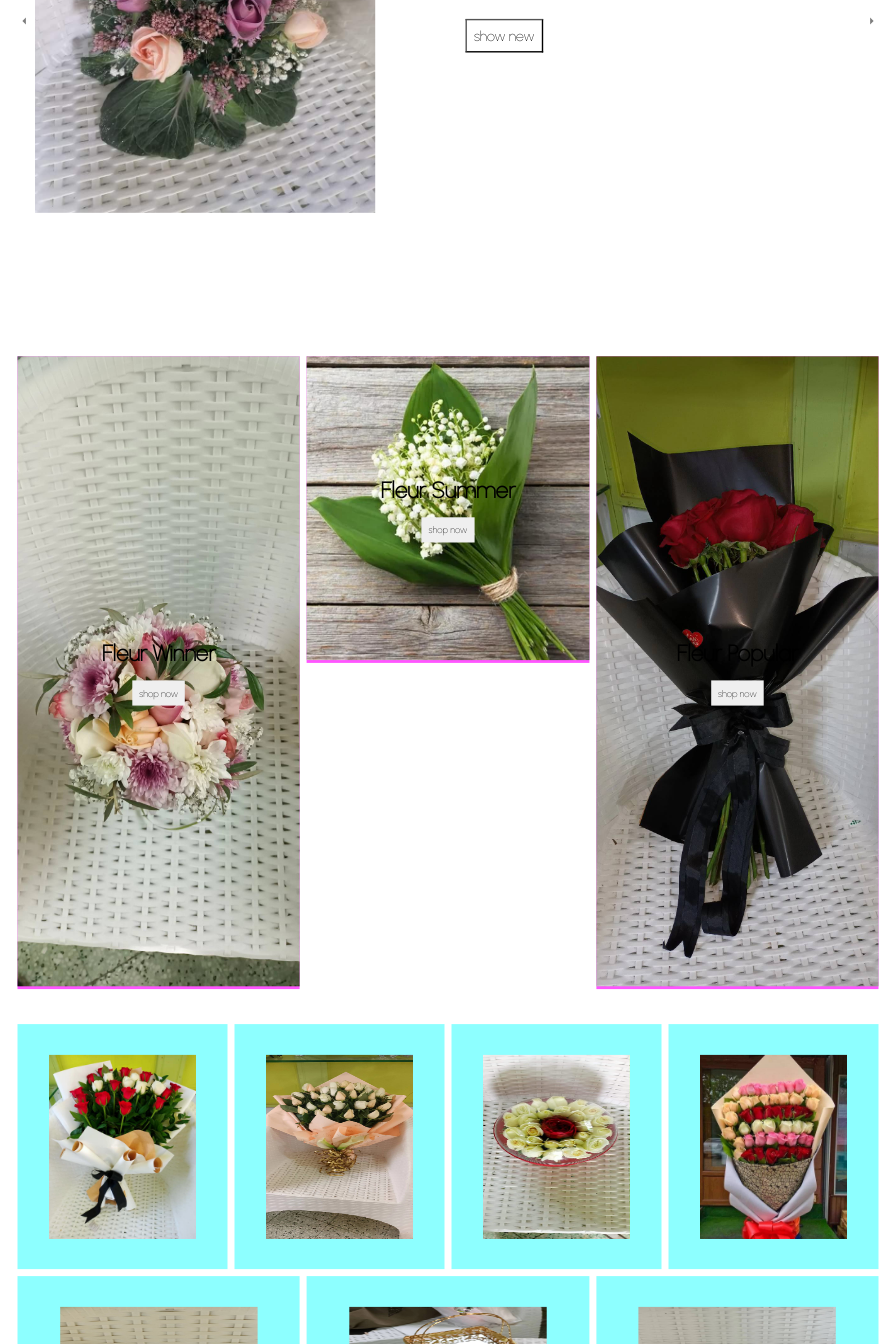
Repository: jarraymassaoud/react-web
Page: /
An editor plug-in stored every save of this project. The page is shown before and after the next save, followed by the edit.
The browser window is 1280 px wide. The pictures show the part of the page from y = 470 to 2390 px (the page is 3279 px tall), at 70% of full size.
The project was rebuilt for these pictures with package versions that can differ from the ones it lists, and the page was loaded fresh each time. Also part of the build but not shown: src/pages/Cart.jsx, src/pages/Login.jsx, src/pages/Bunch.jsx.

Above is the page before, as saved 2022-05-31 08:16:34.

### public/index.html
<!DOCTYPE html>
<html lang="en">
  <head>
    <meta charset="utf-8" />
    <link rel="icon" href="%PUBLIC_URL%/favicon.ico" />
    <meta name="viewport" content="width=device-width, initial-scale=1" />
    <meta name="theme-color" content="#000000" />
    <meta
      name="description"
      content="Web site created using create-react-app"
    />
    <link rel="preconnect" href="https://fonts.googleapis.com" />
    <link rel="preconnect" href="https://fonts.gstatic.com" crossorigin />
    <link
      href="https://fonts.googleapis.com/css2?family=Urbanist:wght@100&display=swap"
      rel="stylesheet"
    />
    <style>
      * {
        margin: 0;
        font-family: "Urbanist", sans-serif;
      }
    </style>
    <!--
      manifest.json provides metadata used when your web app is installed on a
      user's mobile device or desktop. See https://developers.google.com/web/fundamentals/web-app-manifest/
    -->
    <!--
      Notice the use of %PUBLIC_URL% in the tags above.
      It will be replaced with the URL of the `public` folder during the build.
      Only files inside the `public` folder can be referenced from the HTML.

      Unlike "/favicon.ico" or "favicon.ico", "%PUBLIC_URL%/favicon.ico" will
      work correctly both with client-side routing and a non-root public URL.
      Learn how to configure a non-root public URL by running `npm run build`.
    -->
    <title>React App</title>
  </head>
  <body>
    <noscript>You need to enable JavaScript to run this app.</noscript>
    <div id="root"></div>
    <!--
      This HTML file is a template.
      If you open it directly in the browser, you will see an empty page.

      You can add webfonts, meta tags, or analytics to this file.
      The build step will place the bundled scripts into the <body> tag.

      To begin the development, run `npm start` or `yarn start`.
      To create a production bundle, use `npm run build` or `yarn build`.
    -->
  </body>
</html>

### src/App.jsx
import React from "react";
import Cart from "./pages/Cart";
import Login from "./pages/Login";
import Home from "./pages/Home";
import Bunch from "./pages/Bunch";

const App = () => {
  return <Home />;
};

export default App;

### src/pages/Home.jsx
import React from "react";
import Annonce from "../components/Annonce";
import Navbar from "../components/Navbar";
import Slider from "../components/Slider";
import Categories from "../components/Categories";
import Products from "../components/Products";
import Newsletter from "../components/Newsletter";
import Footer from "../components/Footer";

const Home = () => {
  return (
    <div>
      <Annonce />
      <Navbar />
      <Slider />
      <Categories />
      <Products />
      <Newsletter />
      <Footer />
    </div>
  );
};

export default Home;

### src/components/Annonce.jsx
import styled from "styled-components";

const Container = styled.div`
  height: 30px;
  background-color: teal;
  color: white;
  display: flex;
  align-items: center;
  justify-content: center;
  font-size: 14px;
  font-weight: 500;
  margin: 10px;
`;

const Annonce = () => {
  return (
    <div>
      <Container>nouvelle promotion</Container>
    </div>
  );
};

export default Annonce;

### src/components/Footer.jsx
import {
  Facebook,
  GitHub,
  LinkedIn,
  MailOutline,
  Phone,
  Room,
} from "@material-ui/icons";
import React from "react";
import styled from "styled-components";
const Container = styled.div`
  display: flex;
  border: 0.5px solid lightgray;
  border-radius: 10px;
  background-color: gainsboro;
`;
const Left = styled.div`
  flex: 1;
  display: flex;
  padding: 20px;
  flex-direction: column;
  margin-left: 100px;
`;
const Logo = styled.h1``;
const Desc = styled.p`
  margin: 20px 0px;
`;
const SocialContainer = styled.div`
  display: flex;
`;
const SocialIcon = styled.div`
  width: 40px;
  height: 40px;
  border-radius: 50%;
  color: white;
  background-color: #${(props) => props.color};
  display: flex;
  align-items: center;
  justify-content: center;
  margin-right: 10px;
`;

const Center = styled.div`
  flex: 1;
  padding: 20px;
  align-items: center;
  justify-content: center;
`;
const Title = styled.h3`
  margin-bottom: 30px;
`;
const List = styled.ul`
  margin: 0px;
  padding: 0px;
  list-style: none;
  flex-wrap: wrap;
`;
const ListItem = styled.li`
  width: 50%;
`;
const Right = styled.div`
  flex: 1;
  padding: 20px;
  justify-content: center;
  align-items: center;
  margin-left: 100px;
`;
const ContactItem = styled.div``;

const Footer = () => {
  return (
    <Container>
      <Left>
        <Logo> MS</Logo>
        <Desc>My web site</Desc>
        <SocialContainer>
          <SocialIcon color="0080ff">
            <Facebook />
          </SocialIcon>
          <SocialIcon color="0059b3">
            <LinkedIn />
          </SocialIcon>
          <SocialIcon color="000000">
            <GitHub />
          </SocialIcon>
        </SocialContainer>
      </Left>
      <Center>
        <Title> Links</Title>
        <List>
          <ListItem>Home</ListItem>
          <ListItem>Cart</ListItem>
          <ListItem>Accesoires</ListItem>
          <ListItem>MyAccount</ListItem>
        </List>
      </Center>
      <Right>
        <Title> Contact</Title>
        <ContactItem>
          <Room />
          Tunisia
        </ContactItem>
        <ContactItem>
          <Phone />
          26092674
        </ContactItem>
        <ContactItem>
          <MailOutline /> jarraymassoud@gmail.com
        </ContactItem>
      </Right>
    </Container>
  );
};

export default Footer;

### src/components/Navbar.jsx
import { Search, ShoppingCartOutlined } from "@material-ui/icons";
import { Badge } from "@material-ui/core";
import React from "react";
import styled from "styled-components";

const Container = styled.div`
  height: 40px;
`;

const Wrapper = styled.div`
  padding: 4px 20px;
  display: flex;
  justify-content: space-between;
`;

const Left = styled.div`
  flex: 1;
  display: flex;
  align-items: center;
`;

const Language = styled.span`
  font-size: 14px;
  cursor: pointer;
`;
const SearchContainer = styled.div`
  border: 0.5px solid lightgray;
  display: flex;
  align-items: center;
  margin-left: 20px;
  padding: 5px;
`;
const Input = styled.input`
  border: none;
`;
const Center = styled.div`
  flex: 1;
  text-align: center;
`;
const Logo = styled.h1`
  font-weight: bold;
  display: flex;
  justify-content: center;
`;
const Right = styled.div`
  flex: 1;
  display: flex;
  align-items: center;
  justify-content: flex-end;
`;
const MenuItem = styled.div`
  font-size: 14px;
  cursor: pointer;
  margin-left: 20px;
`;
const Navbar = () => {
  return (
    <Container>
      <Wrapper>
        <Left>
          <Language>EN</Language>
          <SearchContainer>
            <Input />
            <Search style={{ color: "red", fontSize: 16 }} />
          </SearchContainer>
        </Left>
        <Center>
          <Logo>My boutique MS</Logo>
        </Center>
        <Right>
          <MenuItem>Register</MenuItem>
          <MenuItem> Sign In</MenuItem>
          <MenuItem>
            <Badge badgeContent={100} color="primary" max={99}>
              <ShoppingCartOutlined />
            </Badge>
          </MenuItem>
        </Right>
      </Wrapper>
    </Container>
  );
};

export default Navbar;

### src/components/Slider.jsx
import React from "react";

import { ArrowLeftOutlined, ArrowRightOutlined } from "@material-ui/icons";
import styled from "styled-components";
import { sliderItems } from "../data";
import { useState } from "react";

const Container = styled.div`
  width: 100%;
  height: 120vh;
  display: flex;
  position: relative;
  overflow: hidden;
`;

const Arrow = styled.div`
  width: 50px;
  height: 50px;
  border-radius: 50%;
  display: flex;
  align-items: center;
  justify-content: center;
  position: absolute;
  top: 0%;
  left: ${(props) => props.direction === "left" && "10px"};
  right: ${(props) => props.direction === "right" && "10px"};
  bottom: 5%;
  margin: auto;
  cursor: pointer;
  opacity: 0.5;
  z-index: 2;
`;
const Wrapper = styled.div`
  height: 90%;
  display: flex;
  transition: all 1.5s ease;
  transform: translateX(${(props) => props.slideIndex * -100}vw);
`;
const Slide = styled.div`
  width: 100vw;
  height: 100vh;
  display: flex;
  align-items: center;
  background-color: #${(props) => props.bg};
`;
const ImgContainer = styled.div`
  padding-left: 50px;
  height: 90%;
  flex: 1;
`;
const InfoContainer = styled.div`
  flex: 1;
`;
const Image = styled.img`
  height: 100%;
`;
const Title = styled.h1`
  font-family: sans-serif;
  font-size: 50px;
`;
const Desc = styled.p`
  margin: 30px 0px;
  font-size: 20px;
  font-weight: 500;
  letter-spacing: 2px;
`;
const Button = styled.button`
  padding: 10px;
  font-size: 20px;
  background-color: transparent;
  cursor: pointer;
`;

const Slider = () => {
  const [slideIndex, setSlideIndex] = useState(0);
  const handleClick = (direction) => {
    if (direction === "left") {
      setSlideIndex(slideIndex > 0 ? slideIndex - 1 : 2);
    } else {
      setSlideIndex(slideIndex < 2 ? slideIndex + 1 : 0);
    }
  };

  return (
    <Container>
      <Arrow direction="left" onClick={() => handleClick("left")}>
        <ArrowLeftOutlined />
      </Arrow>
      <Wrapper slideIndex={slideIndex}>
        {sliderItems.map((item) => (
          <Slide>
            <ImgContainer>
              <Image src={item.img} />
            </ImgContainer>
            <InfoContainer>
              <Title>{item.title}</Title>
              <Desc>{item.desc}</Desc>
              <Button>show new</Button>
            </InfoContainer>
          </Slide>
        ))}
      </Wrapper>

      <Arrow direction="right" onClick={() => handleClick("right")}>
        <ArrowRightOutlined />
      </Arrow>
    </Container>
  );
};

export default Slider;

### src/components/Categories.jsx
import styled from "styled-components";
import React from "react";
import { categories } from "../data";
import CategoryItem from "./CategoryItem";

const Container = styled.div`
  flex: 1;
  display: flex;
  padding: 20px;
`;
const Categories = () => {
  return (
    <Container>
      {categories.map((item) => (
        <CategoryItem item={item} />
      ))}
    </Container>
  );
};

export default Categories;

### src/components/Products.jsx
import styled from "styled-components";
import { products } from "../data";
import Product from "./Product";

const Container = styled.div`
  display: flex;
  padding: 20px;
  flex-wrap: wrap;
  justify-content: space-between;
`;
const Products = () => {
  return (
    <Container>
      {products.map((item) => (
        <Product item={item} key={item.id} />
      ))}
    </Container>
  );
};

export default Products;

### src/components/Newsletter.jsx
import { Send } from "@material-ui/icons";
import styled from "styled-components";

const Container = styled.div`
  height: 60vh;
  background-color: white;
  display: flex;
  align-items: center;
  justify-content: center;
  flex-direction: column;
`;
const Title = styled.h1`
  font-size: 70px;
`;
const Desc = styled.div`
  font-size: 30px;
  font-weight: 300;
`;
const InputContainer = styled.div`
  width: 50%;
  height: 40px;
  display: flex;
  justify-content: space-between;
  border: 1px solid lavender;
`;
const Input = styled.input`
  border: none;
  flex: 8;
`;
const Button = styled.button`
  flex: 1;
  border: none;
  background-color: #5ff;
`;

const Newsletter = () => {
  return (
    <Container>
      <Title> Newsletter</Title>
      <Desc> your web site</Desc>
      <InputContainer>
        <Input placeholder="your email" />
        <Button>
          <Send />
        </Button>
      </InputContainer>
    </Container>
  );
};

export default Newsletter;

### src/data.js
export const sliderItems = [
  {
    id: 1,
    img: "images/img1.jpg",
    title: "Fleur Winner",
    desc: "Bouquet de fleur rouge",
    bg: "fcf1ed",
  },

  {
    id: 2,
    img: "images/img25.jpg",
    title: "Fleur Summer",
    desc: "Bouquet de fleur rouge",
    bg: "f5fafd",
  },
  {
    id: 3,
    img: "images/img20.jpg",
    title: "Fleur Popular",
    desc: "Bouquet de fleur popular",
    bg: "fbf0f4",
  },
];

export const categories = [
  {
    id: 1,
    img: "images/img4.jpg",
    title: "Fleur Winner",
  },
  {
    id: 2,
    img: "images/img5.jpg",
    title: "Fleur Summer",
  },
  {
    id: 3,
    img: "images/img6.jpg",
    title: "Fleur Popular",
  },
];
export const products = [
  {
    id: 1,
    img: "images/img7.jpg",
  },
  {
    id: 2,
    img: "images/img8.jpg",
  },
  {
    id: 3,
    img: "images/img10.jpg",
  },
  {
    id: 4,
    img: "images/img11.jpg",
  },
  {
    id: 5,
    img: "images/img13.jpg",
  },

  {
    id: 6,
    img: "images/img14.jpg",
  },
  {
    id: 6,
    img: "images/img26.jpg",
  },
];

### src/components/CategoryItem.jsx
import React from "react";
import styled from "styled-components";

const Container = styled.div`
  flex: 1;
  margin: 5px;
  height: 30%;
  background-color: #f5f;

  position: relative;
`;
const Image = styled.img`
  width: 100%;
  height: 65%;
  object-fit: cover;
`;
const Info = styled.div`
  position: absolute;
  top: 0%;
  left: 0%;
  width: 100%;
  height: 100%;
  align-items: center;
  display: flex;
  flex-direction: column;
  justify-content: center;
`;
const Title = styled.h1`
  margin-bottom: 20px;
`;
const Button = styled.button`
  border: none;
  padding: 10px;
  cursor: pointer;
  align-items: center;
  font-weight: 600%;
`;
const CategoryItem = ({ item }) => {
  return (
    <Container>
      <Image src={item.img} />
      <Info>
        <Title>{item.title}</Title>
        <Button> shop now</Button>
      </Info>
    </Container>
  );
};

export default CategoryItem;

### src/components/Product.jsx
import {
  FavoriteBorderOutlined,
  SearchOutlined,
  ShoppingCartOutlined,
} from "@material-ui/icons";
import styled from "styled-components";

const Info = styled.div`
  opacity: 0;
  width: 100%;
  height: 100%;
  top: 0%;
  left: 0%;
  position: absolute;
  background-color: rgba(0, 0, 0, 0.2);
  align-items: center;
  justify-content: center;
  display: flex;
  z-index: 3;
  transform: all 0.5s ease;
  cursor: pointer;
`;
const Container = styled.div`
  flex: 1;
  margin: 5px;
  min-width: 280px;
  height: 350px;
  display: flex;
  align-items: center;
  justify-content: center;
  background-color: #5ffa;
  position: relative;

  &:hover ${Info} {
    opacity: 1;
  }
`;
const Image = styled.img`
  height: 75%;
  z-index: 2;
  width: 70%;
`;
/*const Circle = styled.div`
  width: 200px;
  height: 200px;
  border-radius: 70%;
  background-color: white;
  position: absolute;
`;*/
const Icon = styled.div`
  width: 40px;
  height: 40px;
  border-radius: 50%;
  background-color: white;
  align-items: center;
  display: flex;
  justify-content: center;
  margin: 10px;
  transition: all 0.5s ease;

  &:hover {
    background-color: #e9f5f5;
    transform: scale(1.5);
  }
`;

const Product = ({ item }) => {
  return (
    <Container>
      <Image src={item.img} />
      <Info>
        <Icon>
          <SearchOutlined />
        </Icon>
        <Icon>
          <FavoriteBorderOutlined />
        </Icon>
        <Icon>
          <ShoppingCartOutlined />
        </Icon>
      </Info>
    </Container>
  );
};

export default Product;

Loaded but not shown: src/index.js (common file); src/index.css (common file); src/reportWebVitals.js (common file)

After the next save:
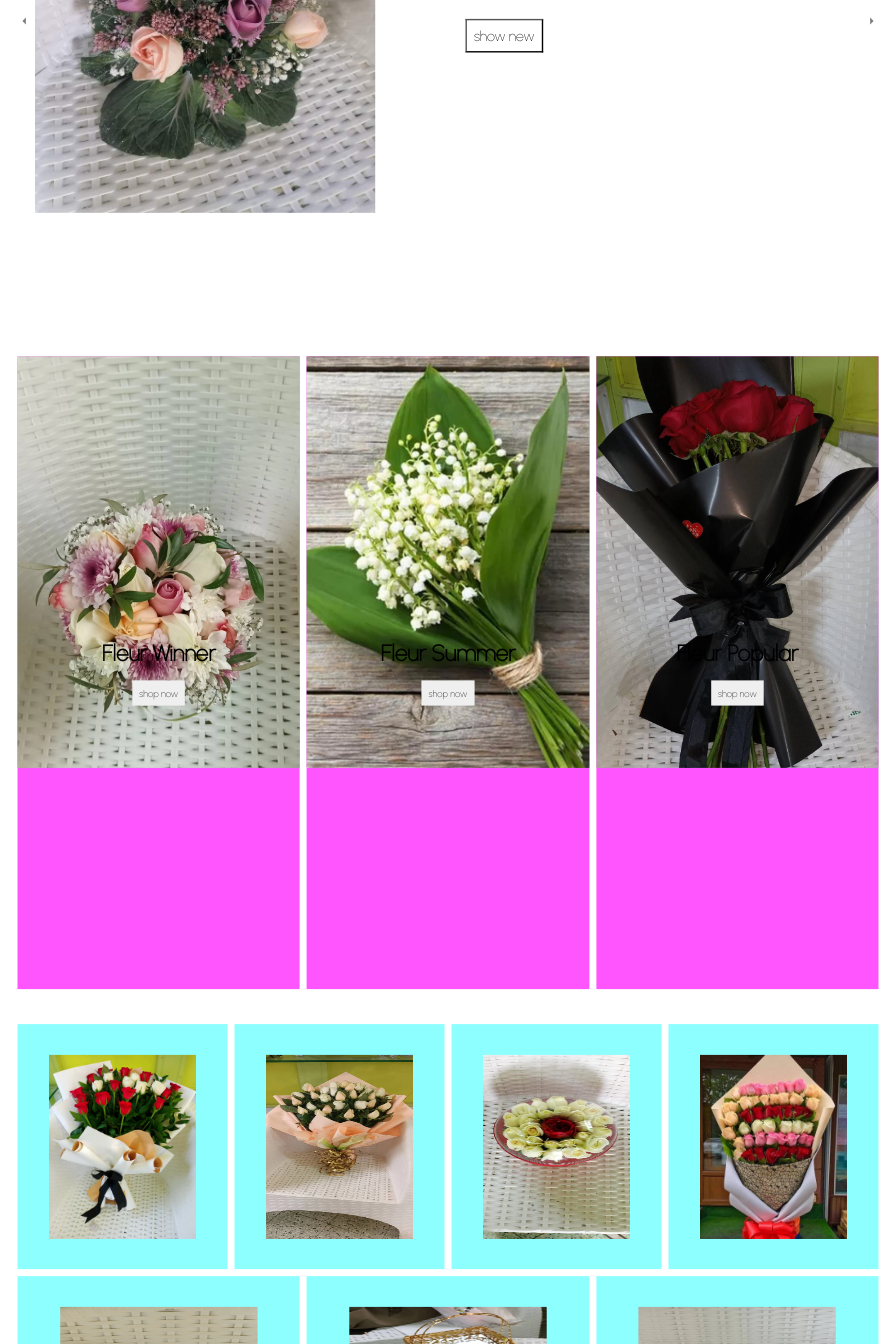
Saved 54 s later.
--- a/src/components/CategoryItem.jsx
+++ b/src/components/CategoryItem.jsx
@@ -4,7 +4,6 @@
 const Container = styled.div`
   flex: 1;
   margin: 5px;
-  height: 30%;
   background-color: #f5f;
 
   position: relative;

After the save that followed:
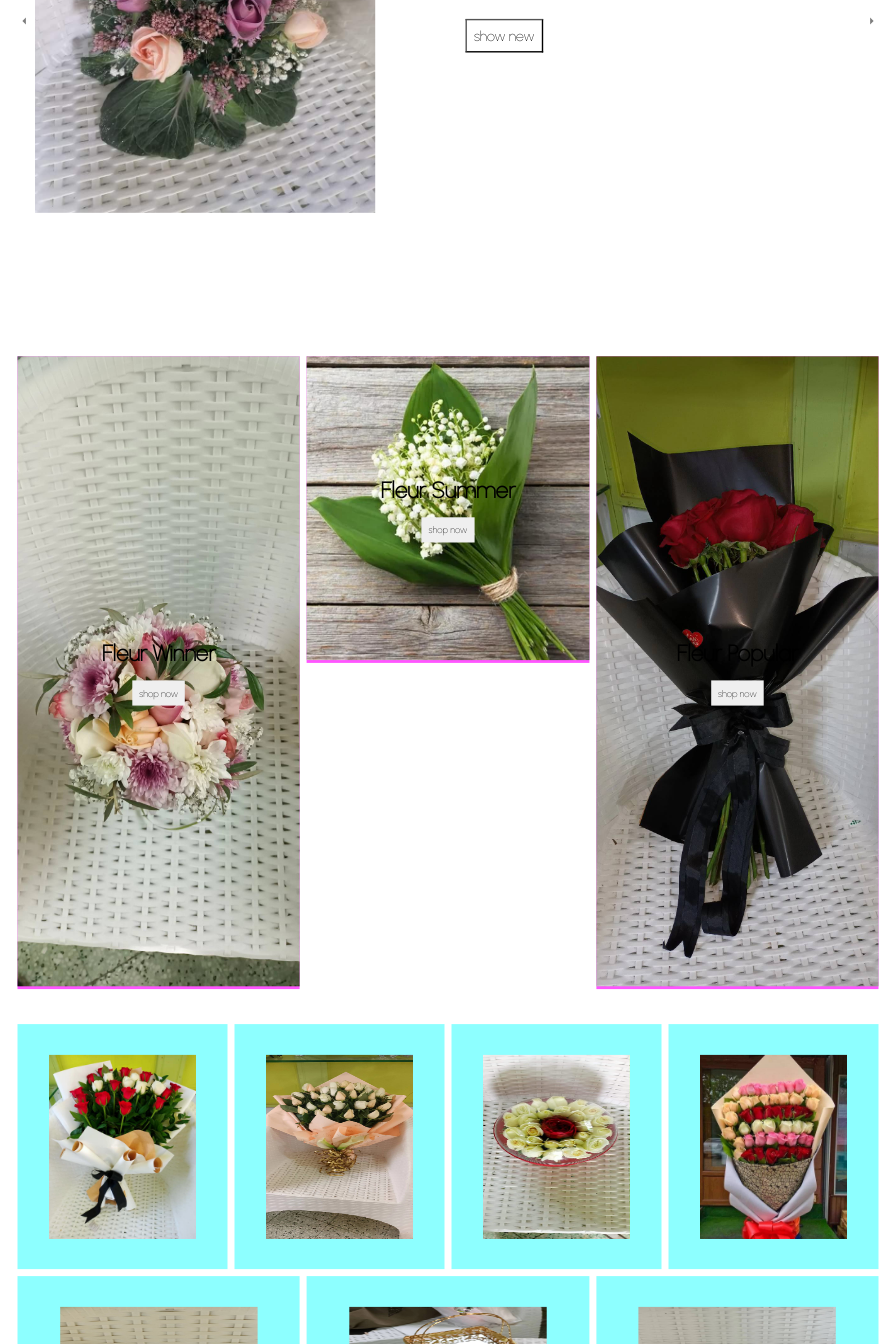
Saved 67 s later.
--- a/src/components/CategoryItem.jsx
+++ b/src/components/CategoryItem.jsx
@@ -4,6 +4,7 @@
 const Container = styled.div`
   flex: 1;
   margin: 5px;
+  height: 50%;
   background-color: #f5f;
 
   position: relative;
